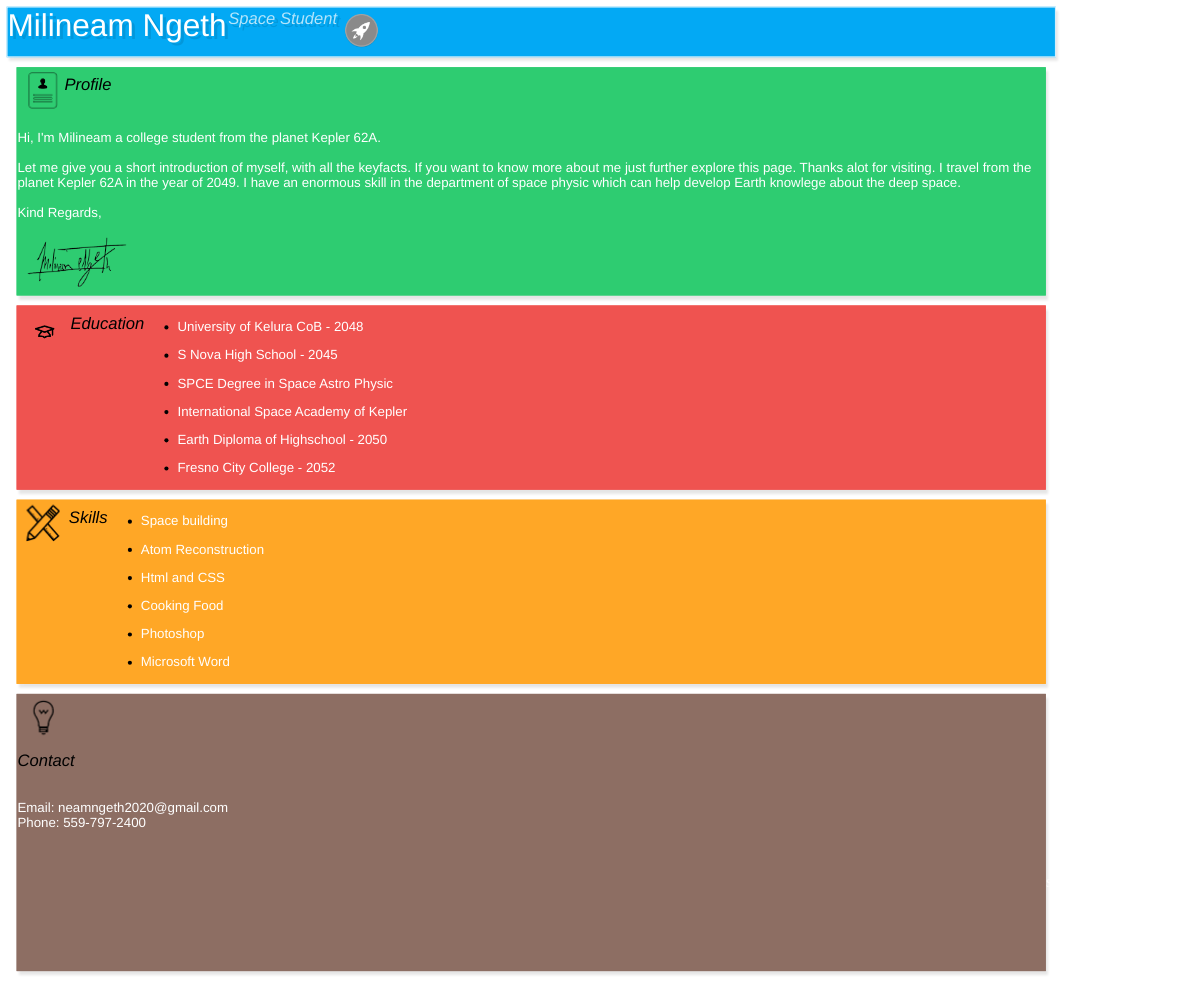
Repository: Milineam6162/workspace
Page: workspace 3/html/fourth.html
The author's editor kept a record of every edit. The page is drawn from the files as they stood at one moment, then again after the next edit.
The browser window is 1280 px wide. The page is 1440 px wide, then 1280 px, so the pictures cover 1440 px, including what lies to the right of the window. The pictures show the whole page, at 83% of full size.

Above is the page before.

After the next edit:
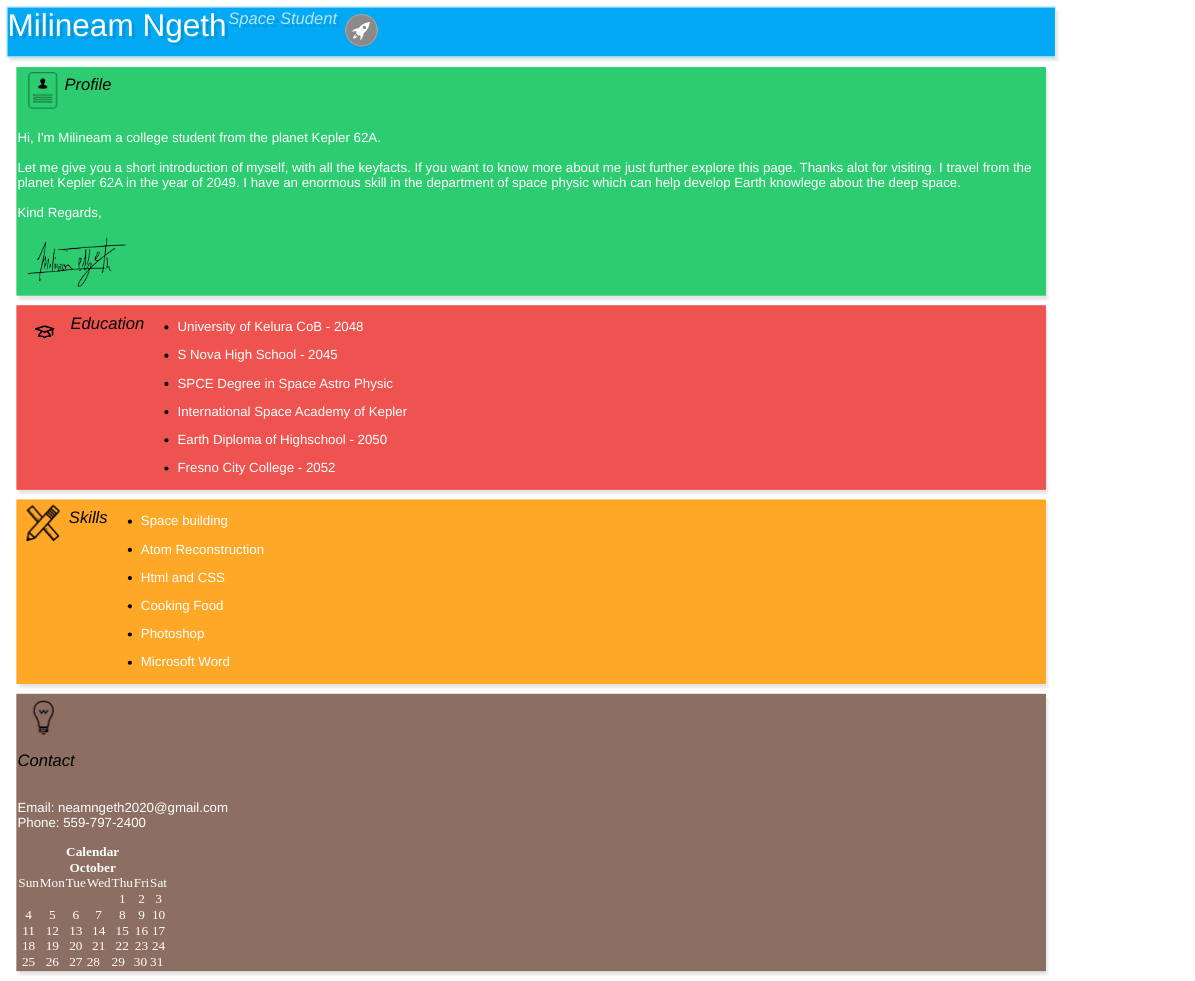
The edit:
--- a/workspace 3/css/page4.css
+++ b/workspace 3/css/page4.css
@@ -85,7 +85,7 @@
 }
 table {
 	color:white;
-	margin-left:100%;
+
 }
 th {
 	color:white;
